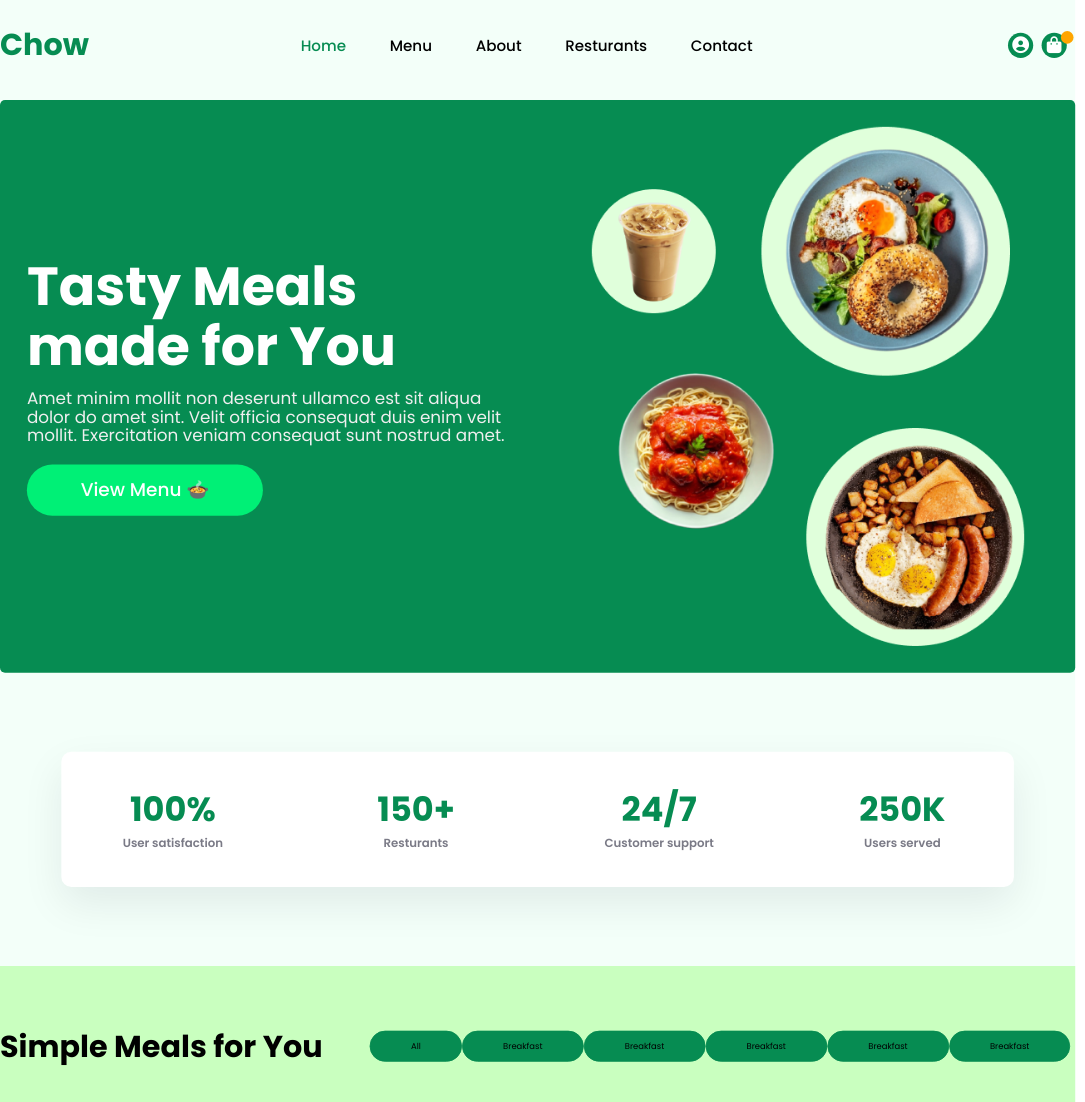
Repository: nguyennam1029/balbal
Page: index.html
An editor plug-in stored every save of this project. The page is shown before and after the next save, followed by the edit.
The browser window is 1280 px wide. The page is 1292 px wide, so the pictures cover 1292 px, including what lies to the right of the window. The pictures show the whole page, at 84% of full size.
Some web libraries are served in a nearby version.

Above is the page before, as saved 2022-07-01 18:08:32.

After the next save:
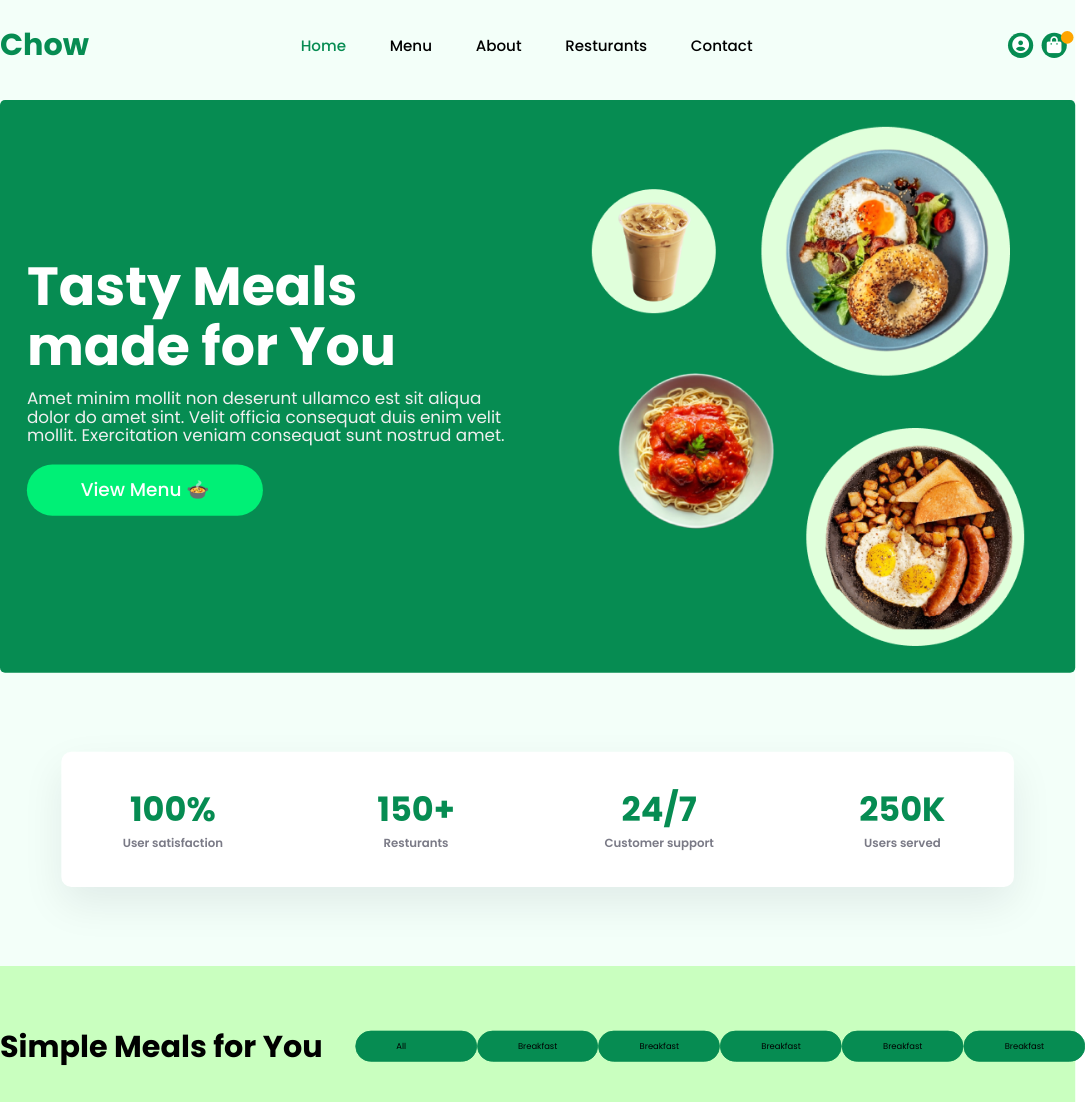
Saved 3 min 17 s later.
--- a/index.html
+++ b/index.html
@@ -107,13 +107,13 @@
               <h3 class="product-heading">Simple Meals for You</h3>
             </div>
             <div class="col l-8 m-8 c-12">
-              <ul class="tab-list">
-                <li class="tab-item active">All</li>
-                <li class="tab-item">Breakfast</li>
-                <li class="tab-item">Breakfast</li>
-                <li class="tab-item">Breakfast</li>
-                <li class="tab-item">Breakfast</li>
-                <li class="tab-item">Breakfast</li>
+              <ul class="tab-list row">
+                <li class="tab-item active col l-2">All</li>
+                <li class="tab-item col l-2">Breakfast</li>
+                <li class="tab-item col l-2">Breakfast</li>
+                <li class="tab-item col l-2">Breakfast</li>
+                <li class="tab-item col l-2">Breakfast</li>
+                <li class="tab-item col l-2">Breakfast</li>
               </ul>
             </div>
           </div>

After the save that followed:
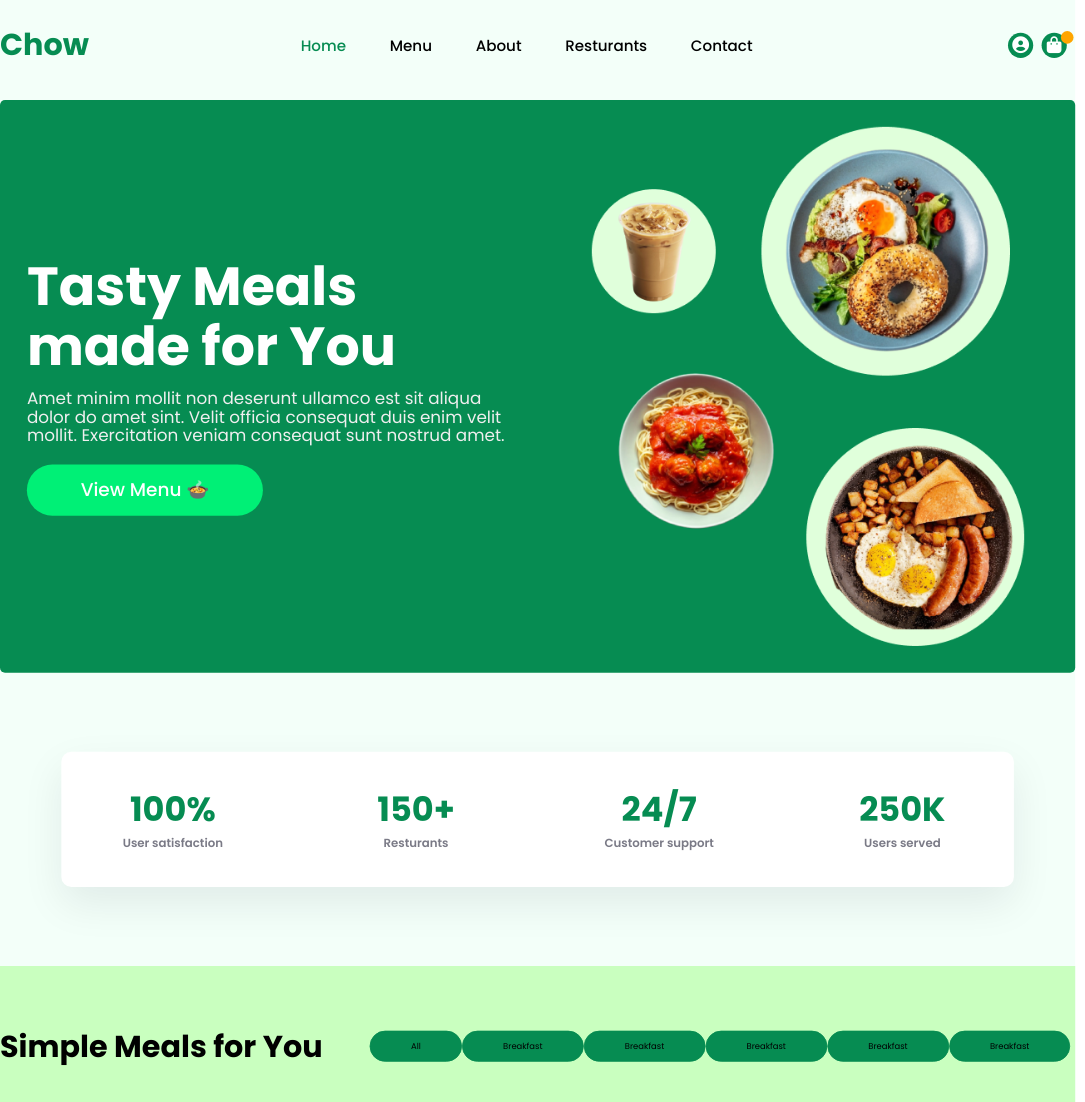
Saved 2 min 54 s later.
--- a/index.html
+++ b/index.html
@@ -107,13 +107,13 @@
               <h3 class="product-heading">Simple Meals for You</h3>
             </div>
             <div class="col l-8 m-8 c-12">
-              <ul class="tab-list row">
-                <li class="tab-item active col l-2">All</li>
-                <li class="tab-item col l-2">Breakfast</li>
-                <li class="tab-item col l-2">Breakfast</li>
-                <li class="tab-item col l-2">Breakfast</li>
-                <li class="tab-item col l-2">Breakfast</li>
-                <li class="tab-item col l-2">Breakfast</li>
+              <ul class="tab-list">
+                <li class="tab-item active">All</li>
+                <li class="tab-item">Breakfast</li>
+                <li class="tab-item">Breakfast</li>
+                <li class="tab-item">Breakfast</li>
+                <li class="tab-item">Breakfast</li>
+                <li class="tab-item">Breakfast</li>
               </ul>
             </div>
           </div>
